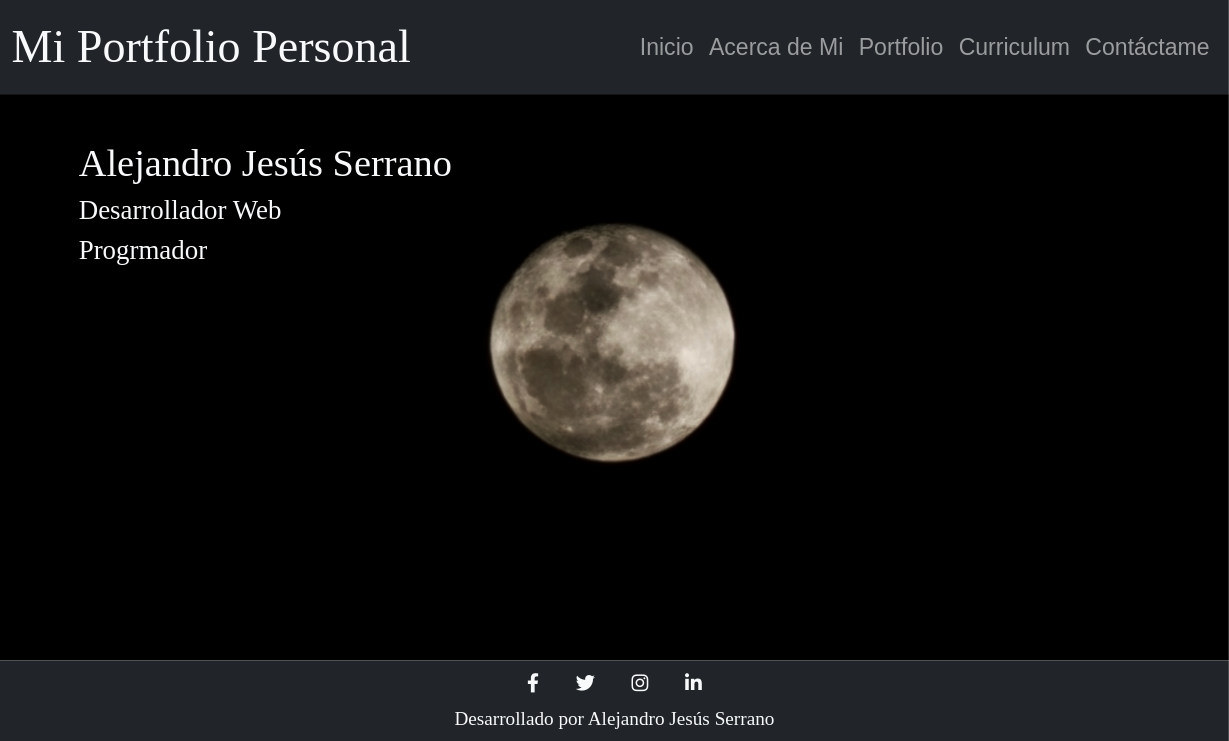
Repository: AlejandroJesusSerrano/portfolio
Page: portfolio/core/templates/core/home.html
An editor plug-in stored every save of this project. The page is shown before and after the next save, followed by the edit.
The browser window is 1280 px wide. The pictures show the whole page, at 96% of full size.
Some web fonts or font styles are not loaded; a fallback is used. The template is drawn by Django 4.2. The application's start-up code is not run. Other server files are loaded and not shown. The template is opened directly, without the code that normally fills it, so the values that code supplies are empty.

Above is the page before, as saved 2023-09-06 09:46:53.

### portfolio/core/templates/core/home.html
{% extends 'core/base.html' %}
{% load static %}

{% block title %} Inicio {% endblock title %}

{% block home_active %} active {% endblock %}

<!-- Header -->


{% block header_title %}
<div>
  <h1>Alejandro Jesús Serrano</h1>
</div>
<div>
  <h3>Desarrollador Web</h3>
</div>
<div>
  <h3>Progrmador</h3>
</div>
{% endblock %}

<!-- Content -->
{% block content %}
<div class="home bkg-img p-5">
  <div class="container">
    <div class="row">
      <div class="col-12 brand">
        <div>
          <h1>Alejandro Jesús Serrano</h1>
        </div>
        <div>
          <h3>Desarrollador Web</h3>
        </div>
        <div>
          <h3>Progrmador</h3>
        </div>
      </div>
    </div>
  </div>
</div>
{% endblock content %}

### portfolio/core/templates/core/base.html
{% load static %}

<!DOCTYPE html>
<html lang="en">

<head>
  <meta charset="UTF-8">
  <meta name="viewport" content="width=device-width, initial-scale=1.0">
  <link rel="stylesheet" href={% static 'lib/bootstrap-5.2/css/bootstrap.min.css' %}>
  <link rel="stylesheet" href={% static 'lib/fontawesome-6.4.2/css/all.min.css' %}>
  <link rel="stylesheet" href={% static 'css/styles.css' %}>
  <title>Portafolio Personal - {% block title %} {% endblock title %}</title>
</head>

<body>
  <!-- HEADER -->
  <nav class="navbar navbar-expand-lg navbar-dark bg-dark">
    <div class="container-fluid">
      <a class="navbar-brand brand" href={% url 'home' %}>Mi Portfolio Personal</a>
      <button class="navbar-toggler" type="button" data-bs-toggle="collapse" data-bs-target="#navbarNav"
        aria-controls="navbarNav" aria-expanded="false" aria-label="Toggle navigation">
        <span class="navbar-toggler-icon"></span>
      </button>
      <div class="collapse navbar-collapse" id="navbarNav">
        <ul class="navbar-nav nav_menu ms-auto">
          <li class="nav-item {% block home_active %} {% endblock %}">
            <a class="nav-link" aria-current="page" href={% url 'home' %}>Inicio</a>
          </li>
          <li class="nav-item {% block about_active %} {% endblock %}">
            <a class="nav-link" href={% url 'about' %}>Acerca de Mi</a>
          </li>
          <li class="nav-item {% block portfolio_active %} {% endblock %}">
            <a class="nav-link" href={% url 'portfolio' %}>Portfolio</a>
          </li>
          <li class="nav-item {% block curriculum_active %} {% endblock %}">
            <a class="nav-link" href={% url 'curriculum' %}>Curriculum</a>
          </li>
          <li class="nav-item {% block contact_active %} {% endblock %}">
            <a class="nav-link" href={% url 'contact' %}>Contáctame</a>
          </li>
        </ul>
      </div>
    </div>
  </nav>

  <!-- CONTENT - Template Tags -->

  {% block content %} {%endblock content%}

  <div class="mb-0">
    <footer class="bg-dark text-center text-light">
      <section>
        <div class="container">
          <a class="btn btn-link btn-floating btn-lg text-light" href="#" role="button">
            <i class="fab fa-facebook-f"></i>
          </a>
          <a class="btn btn-link btn-floating btn-lg text-light" href="#" role="button">
            <i class="fab fa-twitter"></i>
          </a>
          <a class="btn btn-link btn-floating btn-lg text-light" href="#" role="button">
            <i class="fab fa-instagram"></i>
          </a>
          <a class="btn btn-link btn-floating btn-lg text-light" href="#" role="button">
            <i class="fab fa-linkedin-in"></i>
          </a>
        </div>
        <div class="container">
          <div class="pb-1">
            <h5 class="develop">Desarrollado por Alejandro Jesús Serrano</h5>
          </div>
        </div>
      </section>
    </footer>
  </div>
  <!-- End of .container -->

  <script src={% static 'lib/bootstrap-5.2/js/bootstrap.min.js' %}></script>
  <script src={% static 'lib/fontawesome-6.4.2/js/all.min.js' %}></script>
</body>

</html>

### portfolio/static/css/styles.css
@import url("https://fonts.googleapis.com/css2?family=Arima:wght@500;700&family=Average+Sans&family=Mulish:ital,wght@0,400;0,500;0,700;1,400;1,500;1,700&display=swap");

* {
  margin: 0;
  padding: 0;
  box-sizing: border-box;
}

.brand {
  font-family: "Arima", cursive;
  font-size: 3rem;
  color: #f8f9fa;
}

.nav_menu {
  font-family: "Average Sans", sans-serif;
  font-size: 1.5rem;
}

.develop {
  font-family: "Arima", cursive;
  font-size: 1.25rem;
}

.home {
  background-image: url(../img/moon.jpg);
  background-size: cover;
  background-position: center;
  height: 82vh;
}

Loaded but not shown: portfolio/static/lib/bootstrap-5.2/css/bootstrap.min.css (library); portfolio/static/lib/fontawesome-6.4.2/css/all.min.css (library); portfolio/static/lib/bootstrap-5.2/js/bootstrap.min.js (library)

After the next save:
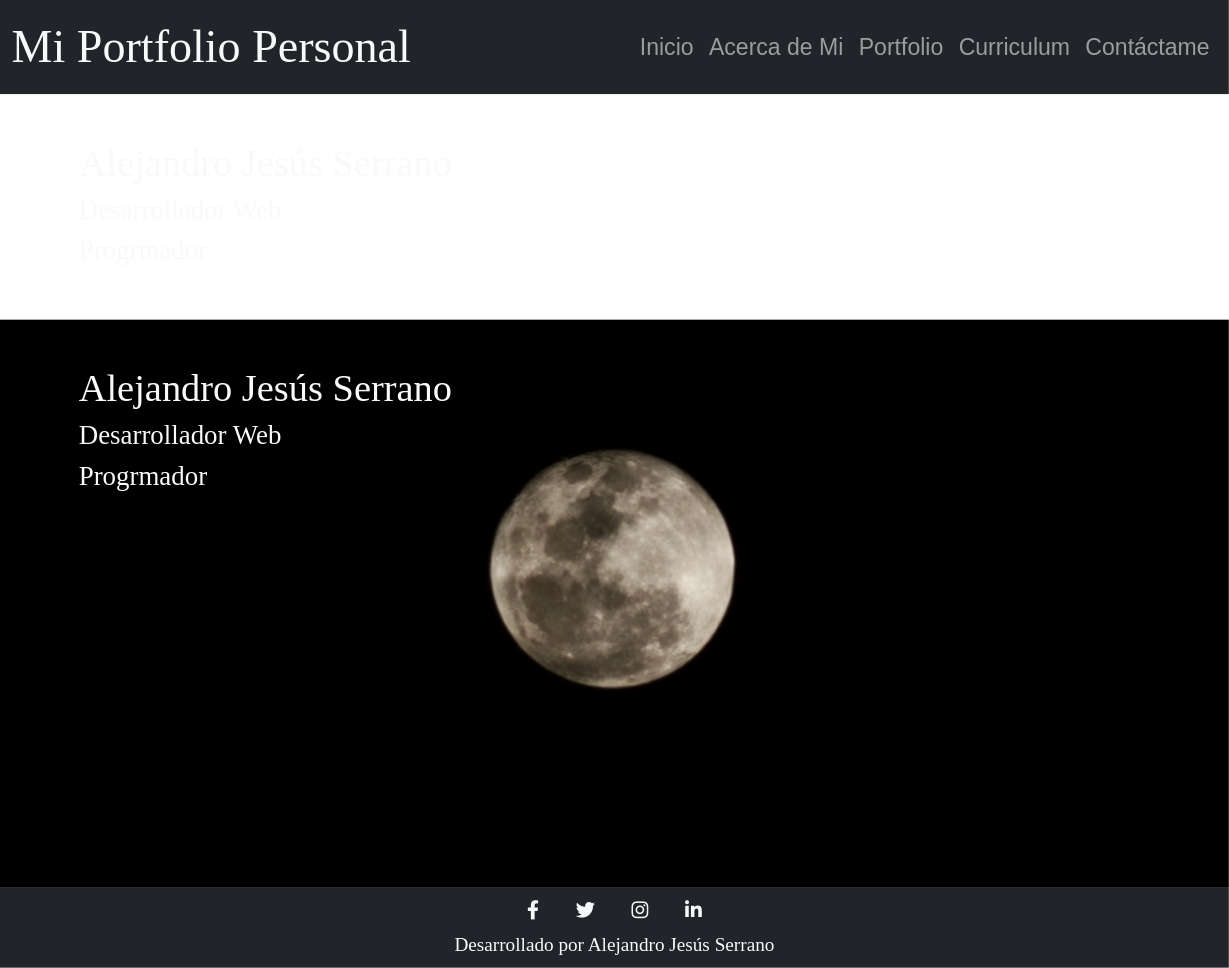
Saved 24 s later.
--- a/portfolio/core/templates/core/base.html
+++ b/portfolio/core/templates/core/base.html
@@ -43,6 +43,17 @@
     </div>
   </nav>
 
+  <!-- HEADER -->
+  <div class="{% block img_header %} {% endblock %} bkg-img p-5">
+    <div class="container">
+      <div class="row">
+        <div class="col-12 brand">
+          {% block header_title %} {% endblock %}
+        </div>
+      </div>
+    </div>
+  </div>
+
   <!-- CONTENT - Template Tags -->
 
   {% block content %} {%endblock content%}
